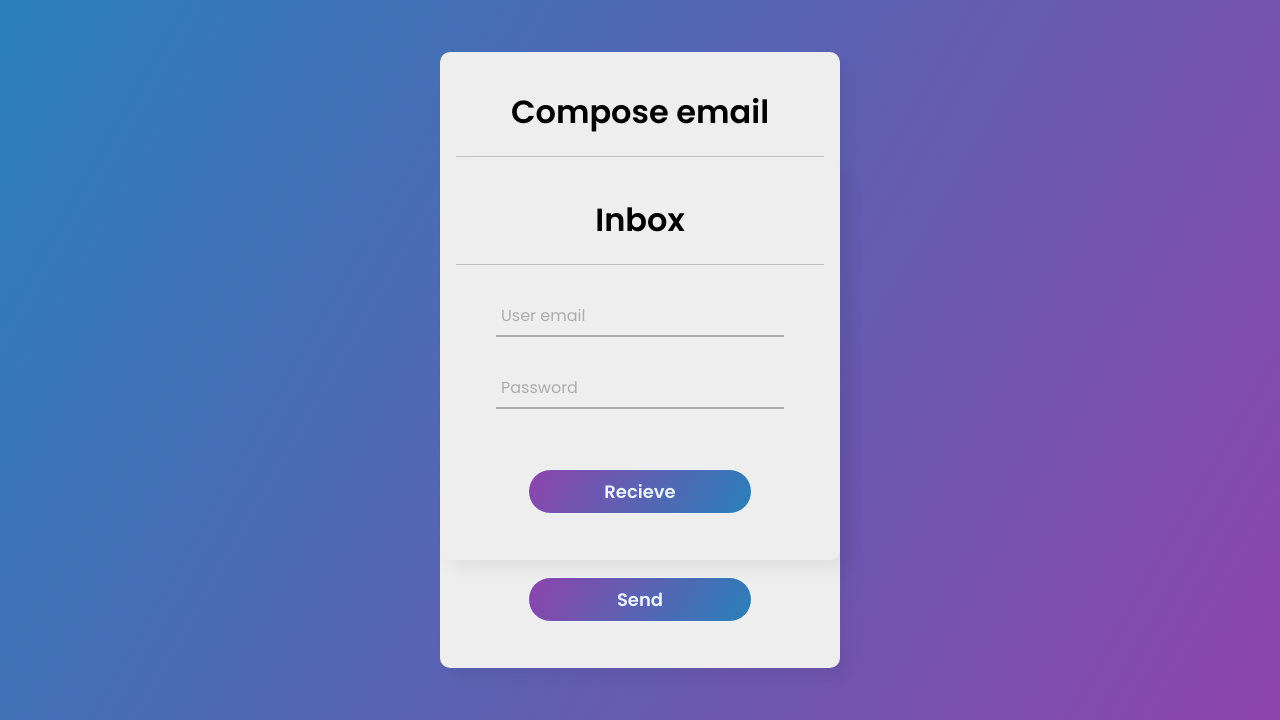
Repository: 20PW01-Abishek/Mail-EZ-in-JAVA
Page: Java package/javapackage/src/main/webapp/index.html
An editor plug-in stored every save of this project. The page is shown before and after the next save, followed by the edit.
The browser window is 1280 px wide. The pictures show the whole page.

Above is the page before, as saved 2022-11-06 05:19:50.

### Java package/javapackage/src/main/webapp/index.html
<!DOCTYPE html>
<html>
<head>
<meta charset="ISO-8859-1">
<link rel="stylesheet" href="style1.css">
<title>email-compose</title>
</head>
<body>
	<div class="parent">
	<div class="center">
      <h1>Compose email</h1>
      <form action="compose" method="post" id="send">
        <div class="txt_field">
          <input type="text" name="from_email" required>
          <span></span>
          <label>User email</label>
        </div>
        <div class="txt_field">
          <input type="password" name="from_password" required>
          <span></span>
          <label>Password</label>
        </div>
        <div class="txt_field">
          <input type="text" name="to_email" required>
          <span></span>
          <label>To</label>
        </div>
        <div class="txt_field">
          <input type="text" name="subject" required>
          <span></span>
          <label>Subject</label>
        </div>
        <div class="txt_field">
          <input type="text" name="content" required>
          <span></span>
          <label>Content</label>
        </div>
        <input type="submit" value="Send">
      </form>
	</div>
	<div class="center">
		<h1>Inbox</h1>
      	<form action="recieve" method="post" id="recieve">
        	<div class="txt_field">
          		<input type="text" name="from_email" required>
          		<span></span>
          		<label>User email</label>
        	</div>
        	<div class="txt_field">
	          <input type="password" name="from_password" required>
	          <span></span>
	          <label>Password</label>
        	</div>
      		<input type="submit" value="Recieve">
      </form>
    </div>
    </div>
</body>
</html>

### Java package/javapackage/src/main/webapp/style1.css
@import url('https://fonts.googleapis.com/css2?family=Noto+Sans:wght@700&family=Poppins:wght@400;500;600&display=swap');
*{
  margin: 0;
  padding: 0;
  box-sizing: border-box;
  font-family: "Poppins", sans-serif;
}
body{
  margin: 0;
  padding: 0;
  background: linear-gradient(120deg,#2980b9, #8e44ad);
  height: 100vh;
  overflow: hidden;
}

.parent{
	text-align: center;
}

.center{
  padding: 1rem 1rem;
  vertical-align: middle;
  position: absolute;
  top: 50%;
  left: 50%;
  transform: translate(-50%, -50%);
  width: 400px;
  background: #eee;
  border-radius: 10px;
  box-shadow: 10px 10px 15px rgba(0,0,0,0.05);
}
.center h1{
  text-align: center;
  padding: 20px 0;
  border-bottom: 1px solid silver;
}
.center form{
  padding: 0 40px;
  box-sizing: border-box;
}
form .txt_field{
  position: relative;
  border-bottom: 2px solid #adadad;
  margin: 30px 0;
}
.txt_field input{
  width: 100%;
  padding: 0 5px;
  height: 40px;
  font-size: 16px;
  border: none;
  background: none;
  outline: none;
}
.txt_field label{
  position: absolute;
  top: 50%;
  left: 5px;
  color: #adadad;
  transform: translateY(-50%);
  font-size: 16px;
  pointer-events: none;
  transition: .5s;
}
.txt_field span::before{
  content: '';
  position: absolute;
  top: 40px;
  left: 0;
  width: 0%;
  height: 2px;
  background: #2691d9;
  transition: .5s;
}
.txt_field input:focus ~ label,
.txt_field input:valid ~ label{
  top: -5px;
  color: #2691d9;
}
.txt_field input:focus ~ span::before,
.txt_field input:valid ~ span::before{
  width: 100%;
}

input[type="submit"]{
  width: 78%;
  height: 45px;
  border: 1px solid;
  background: linear-gradient(120deg,#8e44ad, #2980b9);
  border-radius: 25px;
  font-size: 18px;
  color: #e9f4fb;
  font-weight: 700;
  cursor: pointer;
  outline: none;
  margin: 30px;
}
input[type="submit"]:hover{
  border-width: medium;
  border-color: #2980b9;
  transition: 1s;
}

After the next save:
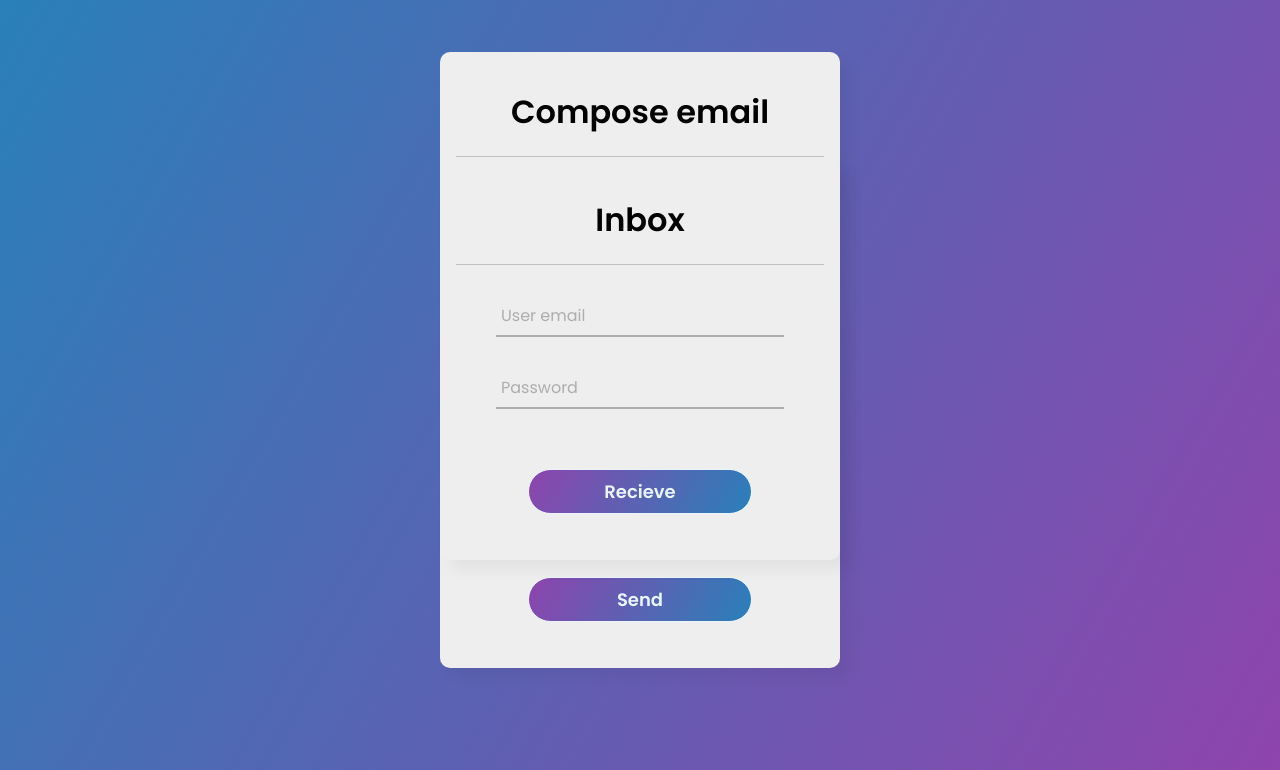
Saved 18 s later.
--- a/Java package/javapackage/src/main/webapp/style1.css
+++ b/Java package/javapackage/src/main/webapp/style1.css
@@ -15,6 +15,7 @@ body{
 
 .parent{
 	text-align: center;
+	margin: 50px;
 }
 
 .center{
